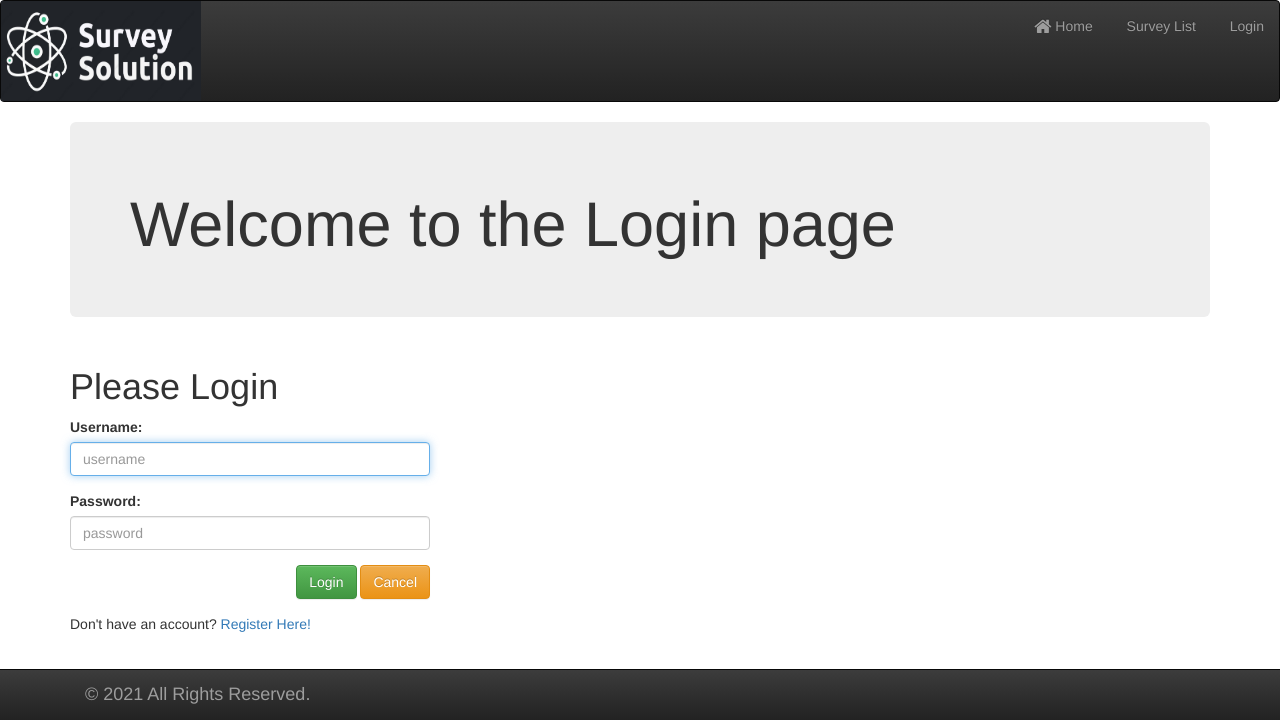
Repository: Ann8002/COMP229-F2021-SB-P
Page: http://localhost/login
These files come from the project's save history. The page is drawn as it stood at one moment and after the next save; the edit follows.
The browser window is 1280 px wide. The pictures show the whole page.
The page is served by the project's Node server (server.js). Other server files are loaded and not shown. Style sheets and scripts are compiled from the project's sources, by tool versions that may differ from the author's.

Above is the page before, as saved 2021-11-20 18:00:58.

### Downloads/SEMESTER-3/COMP 229- WEB APP DEVELOPMENT/PROJECT-11-20/SurveySolutionBackup-20-11/server/views/survey/login.ejs
<%- include('../partials/header.ejs'); %>

<!-- Main Content -->
  <main class="container">
    <div class="jumbotron">
      <h1 class="display-4">Welcome to the Login page</h1>

    </div>
  </main>

  <main class="container">

    <div class="row">
        <div class="offset-md-4 col-md-4">
            <h1>Please Login</h1>
            <form method="POST" autocomplete="off">
                <fieldset class="form-group">
                    <label for="username">Username: </label>
                    <input type="text" class="form-control"
                    name="username" placeholder="username"
                    id="username" required autofocus>
                </fieldset>

                <fieldset class="form-group">
                    <label for="password">Password: </label>
                    <input type="password" class="form-control"
                    name="password" placeholder="password"
                    id="password" required>
                    <!--or
                    <a href="/register">Register Here</a> -->
                </fieldset>

                <fieldset class="form-group text-right">
                    <input type="submit" class="btn btn-success" value="Login">
                    <a href="/" >
                        <input type="button" class="btn btn-warning" value="Cancel">
                    </a>
                </fieldset>

            </form>
            <div class="dropdown-divider"></div>
                Don't have an account?
            <a class="dropdown-item" href="/register">Register Here!</a>
        </div>
    </div>


    </main>

<%- include('../partials/footer.ejs'); %>

### Downloads/SEMESTER-3/COMP 229- WEB APP DEVELOPMENT/PROJECT-11-20/SurveySolutionBackup-20-11/server/views/partials/header.ejs
<!DOCTYPE html>
<html lang="en">
  <head>
    <meta charset="utf-8">
    <meta name="viewport" content="width=device-width, initial-scale=1">

    <title><%= title %></title>
    <!-- CSS SECTION -->
    <link rel="stylesheet" href="/Scripts/lib/bootstrap/dist/css/bootstrap.min.css">
    <link rel="stylesheet" href="/Scripts/lib/bootstrap/dist/css/bootstrap-theme.min.css">
    <link rel="stylesheet" href="/Scripts/lib/fontawesome/css/font-awesome.min.css">


  </head>
  <body>

  <nav class="navbar navbar-inverse" role="navigation">
    <!-- Brand and toggle get grouped for better mobile display -->
    <div class="navbar-header">
      <button type="button" class="navbar-toggle" data-toggle="collapse" data-target=".navbar-ex1-collapse">
        <span class="sr-only">Toggle navigation</span>
        <span class="icon-bar"></span>
        <span class="icon-bar"></span>
        <span class="icon-bar"></span>
      </button>
      <img src="/Assets/images/customlogo.jpg" width="200" height="100"><!--- fixing photos----->
    </div>

    <!-- Collect the nav links, forms, and other content for toggling -->
    <div class="collapse navbar-collapse navbar-ex1-collapse">
      <ul class="nav navbar-nav navbar-right">
        <% if(title == "Home") { %>
          <li class="active"><a href="/"><i class="fa fa-home fa-lg"></i> Home</a></li>
        <% } else { %>
          <li><a href="/"><i class="fa fa-home fa-lg"></i> Home</a></li>
        <% } %>

          <% if(title == "survey") { %>
          <li class="active"><a href="/survey"><i class="fa fa-survey fa-lg">
          </i> Survey List</a></li>
          <% } else { %>
            <li><a href="/survey"><i class="fa fa-survey fa-lg">
            </i> Survey List</a></li>
          <% } %>

          <% if(title == "login") { %>
          <li class="active"><a href="/login"><i class="fa fa-survey fa-lg">
          </i> Login</a></li>
          <% } else { %>
            <li><a href="/login"><i class="fa fa-survey fa-lg">
            </i> Login</a></li>
          <% } %>

      </ul>
    </div><!-- /.navbar-collapse -->
  </nav>

### Downloads/SEMESTER-3/COMP 229- WEB APP DEVELOPMENT/PROJECT-11-20/SurveySolutionBackup-20-11/server/views/partials/footer.ejs

<nav class="navbar navbar-inverse navbar-fixed-bottom">
  <div class="container">
    <h4  class="navbar-text">&copy; 2021 All Rights Reserved.</h4>
  </div>
</nav>



<!-- JAVASCRIPT SECTION -->
    <script src="/Scripts/lib/jquery/dist/jquery.min.js"></script>
    <script src="/Scripts/lib/bootstrap/dist/js/bootstrap.min.js"></script>
    <script src="/Scripts/app.js"></script>
  </body>
</html>

### Downloads/SEMESTER-3/COMP 229- WEB APP DEVELOPMENT/PROJECT-11-20/SurveySolutionBackup-20-11/server.js
let app = require('./server/config/app');
let debug = require('debug')('comp308-w2019-midterm:server');
let http = require('http');

/**
 * Get port from environment and store in Express.
 */

let port = normalizePort(process.env.PORT || '3000');
app.set('port', port);

/**
 * Create HTTP server.
 */

let server = http.createServer(app);

/**
 * Listen on provided port, on all network interfaces.
 */

server.listen(port);
server.on('error', onError);
server.on('listening', onListening);

/**
 * Normalize a port into a number, string, or false.
 */

function normalizePort(val) {
  let port = parseInt(val, 10);

  if (isNaN(port)) {
    // named pipe
    return val;
  }

  if (port >= 0) {
    // port number
    return port;
  }

  return false;
}

/**
 * Event listener for HTTP server "error" event.
 */

function onError(error) {
  if (error.syscall !== 'listen') {
    throw error;
  }

  let bind = typeof port === 'string'
    ? 'Pipe ' + port
    : 'Port ' + port;

  // handle specific listen errors with friendly messages
  switch (error.code) {
    case 'EACCES':
      console.error(bind + ' requires elevated privileges');
      process.exit(1);
      break;
    case 'EADDRINUSE':
      console.error(bind + ' is already in use');
      process.exit(1);
      break;
    default:
      throw error;
  }
}

/**
 * Event listener for HTTP server "listening" event.
 */

function onListening() {
  let addr = server.address();
  let bind = typeof addr === 'string'
    ? 'pipe ' + addr
    : 'port ' + addr.port;
  debug('Listening on ' + bind);
}

### Downloads/SEMESTER-3/COMP 229- WEB APP DEVELOPMENT/PROJECT-11-20/SurveySolutionBackup-20-11/server/routes/index.js
// Author: Survey Solutions
// Course: COMP 229 Fall 2021
// Subject: PRoject
//


// modules required for routing
let express = require('express');
let router = express.Router();
let mongoose = require('mongoose');

// define the game model
let survey = require('../models/survey');

/* GET home page. wildcard
router.get('/', (req, res, next) => {
  res.render('content/index', {
    title: 'Home',
    survey: 'survey',

   });
});
*/
router.get('/', (req, res, next) => {
  // find all survey in the survey collection
   survey.find( (err, survey) => {
    if (err) {
      return console.error(err);
    }
    else {
      res.render('content/index', {title: 'Active Surveys', survey: survey });
    }
  });

});


/* GET Login page. */
router.get('/login', function(req, res, next) {
  res.render('survey/login', { title: 'Login'});
});

/* POST Login page. */
router.post('/login', function(req, res, next) {
  res.render('survey/login', { title: 'Login'});
});

/* GET display register page */
router.get('/register', function(req, res, next) {
  res.render('survey/register', { title: 'Register'});
});

/* POST process register page */
router.post('/register', function(req, res, next) {
  res.render('survey/register', { title: 'Register'});
});

module.exports = router;

### Downloads/SEMESTER-3/COMP 229- WEB APP DEVELOPMENT/PROJECT-11-20/SurveySolutionBackup-20-11/client/Scripts/app.js
// Author: Survey Solutions
// Course: COMP 229 Fall 2021
// Subject: PRoject
//



/* pagination code from http://www.bootply.com/lxa0FF9yhw */
$.fn.pageMe = function(opts){
    var $this = this,
        defaults = {
            perPage: 7,
            showPrevNext: false,
            hidePageNumbers: false
        },
        settings = $.extend(defaults, opts);

    var listElement = $this;
    var perPage = settings.perPage;
    var children = listElement.children();
    var pager = $('.pager');

    if (typeof settings.childSelector!="undefined") {
        children = listElement.find(settings.childSelector);
    }

    if (typeof settings.pagerSelector!="undefined") {
        pager = $(settings.pagerSelector);
    }

    var numItems = children.size();
    var numPages = Math.ceil(numItems/perPage);

    pager.data("curr",0);

    if (settings.showPrevNext){
        $('<li><a href="#" class="prev_link">«</a></li>').appendTo(pager);
    }

    var curr = 0;
    while(numPages > curr && (settings.hidePageNumbers==false)){
        $('<li><a href="#" class="page_link">'+(curr+1)+'</a></li>').appendTo(pager);
        curr++;
    }

    if (settings.showPrevNext){
        $('<li><a href="#" class="next_link">»</a></li>').appendTo(pager);
    }

    pager.find('.page_link:first').addClass('active');
    pager.find('.prev_link').hide();
    if (numPages<=1) {
        pager.find('.next_link').hide();
    }
  	pager.children().eq(1).addClass("active");

    children.hide();
    children.slice(0, perPage).show();

    pager.find('li .page_link').click(function(){
        var clickedPage = $(this).html().valueOf()-1;
        goTo(clickedPage,perPage);
        return false;
    });
    pager.find('li .prev_link').click(function(){
        previous();
        return false;
    });
    pager.find('li .next_link').click(function(){
        next();
        return false;
    });

    function previous(){
        var goToPage = parseInt(pager.data("curr")) - 1;
        goTo(goToPage);
    }

    function next(){
        goToPage = parseInt(pager.data("curr")) + 1;
        goTo(goToPage);
    }

    function goTo(page){
        var startAt = page * perPage,
            endOn = startAt + perPage;

        children.css('display','none').slice(startAt, endOn).show();

        if (page>=1) {
            pager.find('.prev_link').show();
        }
        else {
            pager.find('.prev_link').hide();
        }

        if (page<(numPages-1)) {
            pager.find('.next_link').show();
        }
        else {
            pager.find('.next_link').hide();
        }

        pager.data("curr",page);
      	pager.children().removeClass("active");
        pager.children().eq(page+1).addClass("active");

    }
};

// IIFE
(function(){
  $(".btn-danger").click(function(event){
    if(!confirm("Are you sure?")) {
      event.preventDefault();
      window.location.assign("/survey");
    }
  });

 /* pagination code */
  $('#myTable').pageMe(
    {pagerSelector:'#myPager',showPrevNext:true,hidePageNumbers:false,perPage:6}
    );
})();

Loaded but not shown: Downloads/SEMESTER-3/COMP 229- WEB APP DEVELOPMENT/PROJECT-11-20/SurveySolutionBackup-20-11/client/Scripts/lib/bootstrap/dist/css/bootstrap.min.css (library); Downloads/SEMESTER-3/COMP 229- WEB APP DEVELOPMENT/PROJECT-11-20/SurveySolutionBackup-20-11/client/Scripts/lib/bootstrap/dist/css/bootstrap-theme.min.css (library); Downloads/SEMESTER-3/COMP 229- WEB APP DEVELOPMENT/PROJECT-11-20/SurveySolutionBackup-20-11/client/Scripts/lib/jquery/dist/jquery.min.js (library); Downloads/SEMESTER-3/COMP 229- WEB APP DEVELOPMENT/PROJECT-11-20/SurveySolutionBackup-20-11/client/Scripts/lib/bootstrap/dist/js/bootstrap.min.js (library); Downloads/SEMESTER-3/COMP 229- WEB APP DEVELOPMENT/PROJECT-11-20/SurveySolutionBackup-20-11/client/Scripts/lib/font-awesome/scss/font-awesome.scss (common file); Downloads/SEMESTER-3/COMP 229- WEB APP DEVELOPMENT/PROJECT-11-20/SurveySolutionBackup-20-11/client/Scripts/lib/font-awesome/scss/_variables.scss (common file); Downloads/SEMESTER-3/COMP 229- WEB APP DEVELOPMENT/PROJECT-11-20/SurveySolutionBackup-20-11/client/Scripts/lib/font-awesome/scss/_mixins.scss (common file); Downloads/SEMESTER-3/COMP 229- WEB APP DEVELOPMENT/PROJECT-11-20/SurveySolutionBackup-20-11/client/Scripts/lib/font-awesome/scss/_path.scss (common file); Downloads/SEMESTER-3/COMP 229- WEB APP DEVELOPMENT/PROJECT-11-20/SurveySolutionBackup-20-11/client/Scripts/lib/font-awesome/scss/_core.scss (common file); Downloads/SEMESTER-3/COMP 229- WEB APP DEVELOPMENT/PROJECT-11-20/SurveySolutionBackup-20-11/client/Scripts/lib/font-awesome/scss/_larger.scss (common file); Downloads/SEMESTER-3/COMP 229- WEB APP DEVELOPMENT/PROJECT-11-20/SurveySolutionBackup-20-11/client/Scripts/lib/font-awesome/scss/_fixed-width.scss (common file); Downloads/SEMESTER-3/COMP 229- WEB APP DEVELOPMENT/PROJECT-11-20/SurveySolutionBackup-20-11/client/Scripts/lib/font-awesome/scss/_list.scss (common file); Downloads/SEMESTER-3/COMP 229- WEB APP DEVELOPMENT/PROJECT-11-20/SurveySolutionBackup-20-11/client/Scripts/lib/font-awesome/scss/_bordered-pulled.scss (common file); Downloads/SEMESTER-3/COMP 229- WEB APP DEVELOPMENT/PROJECT-11-20/SurveySolutionBackup-20-11/client/Scripts/lib/font-awesome/scss/_animated.scss (common file); Downloads/SEMESTER-3/COMP 229- WEB APP DEVELOPMENT/PROJECT-11-20/SurveySolutionBackup-20-11/client/Scripts/lib/font-awesome/scss/_rotated-flipped.scss (common file); Downloads/SEMESTER-3/COMP 229- WEB APP DEVELOPMENT/PROJECT-11-20/SurveySolutionBackup-20-11/client/Scripts/lib/font-awesome/scss/_stacked.scss (common file); Downloads/SEMESTER-3/COMP 229- WEB APP DEVELOPMENT/PROJECT-11-20/SurveySolutionBackup-20-11/client/Scripts/lib/font-awesome/scss/_icons.scss (common file); Downloads/SEMESTER-3/COMP 229- WEB APP DEVELOPMENT/PROJECT-11-20/SurveySolutionBackup-20-11/client/Scripts/lib/font-awesome/scss/_screen-reader.scss (common file)

After the next save:
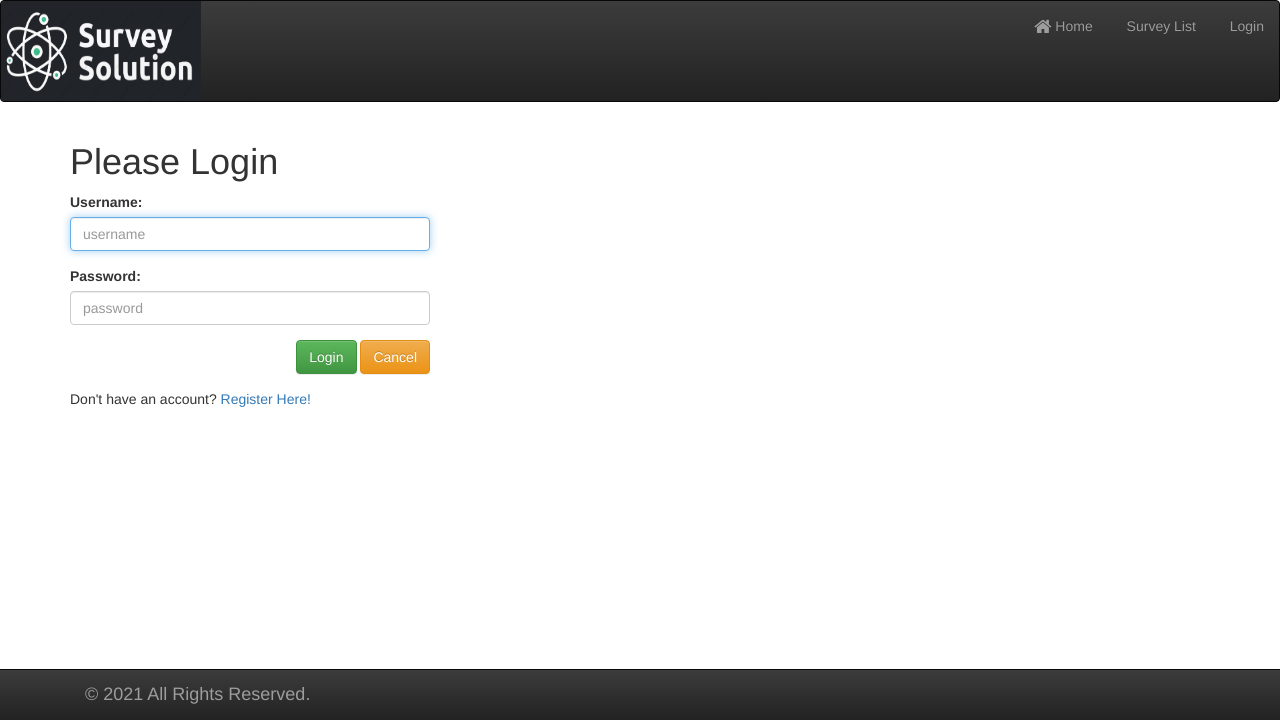
Saved 31 s later.
--- a/Downloads/SEMESTER-3/COMP 229- WEB APP DEVELOPMENT/PROJECT-11-20/SurveySolutionBackup-20-11/server/views/survey/login.ejs
+++ b/Downloads/SEMESTER-3/COMP 229- WEB APP DEVELOPMENT/PROJECT-11-20/SurveySolutionBackup-20-11/server/views/survey/login.ejs
@@ -1,12 +1,7 @@
 <%- include('../partials/header.ejs'); %>
 
 <!-- Main Content -->
-  <main class="container">
-    <div class="jumbotron">
-      <h1 class="display-4">Welcome to the Login page</h1>
 
-    </div>
-  </main>
 
   <main class="container">
 
